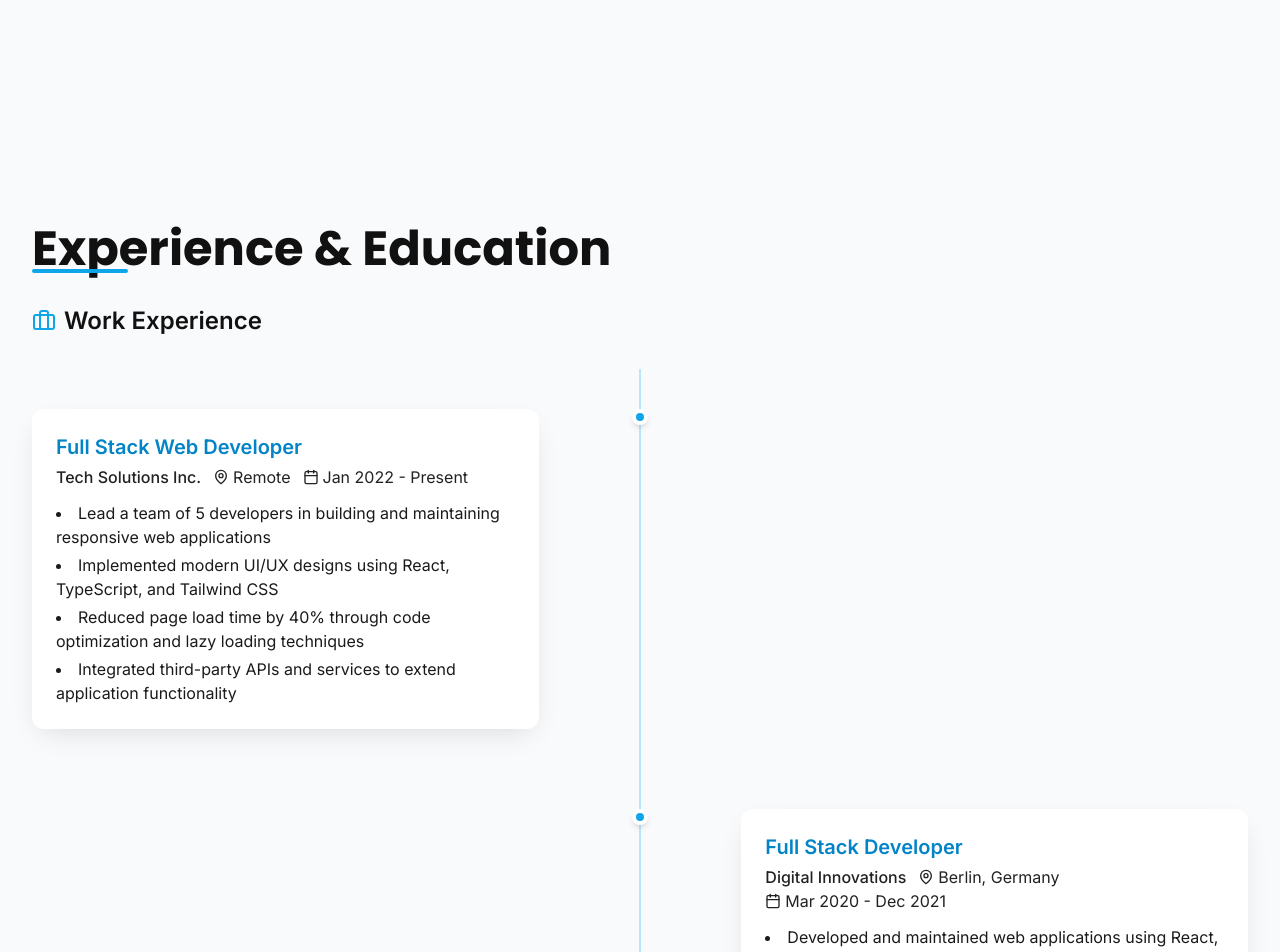
Repository: Abdelilah-Lakrim/Personal_Portfolio
Page: /
An editor plug-in stored every save of this project. The page is shown before and after a run of saves, followed by the edit.
The browser window is 1280 px wide. The pictures show the part of the page from y = 3843 to 4795 px (the page is 7905 px tall).
The project was rebuilt for these pictures with package versions that can differ from the ones it lists, and the page was loaded fresh each time. Also part of the build but not shown: vite.config.ts.

Above is the page before, as saved 2025-05-21 12:40:36.

After the next 2 saves:
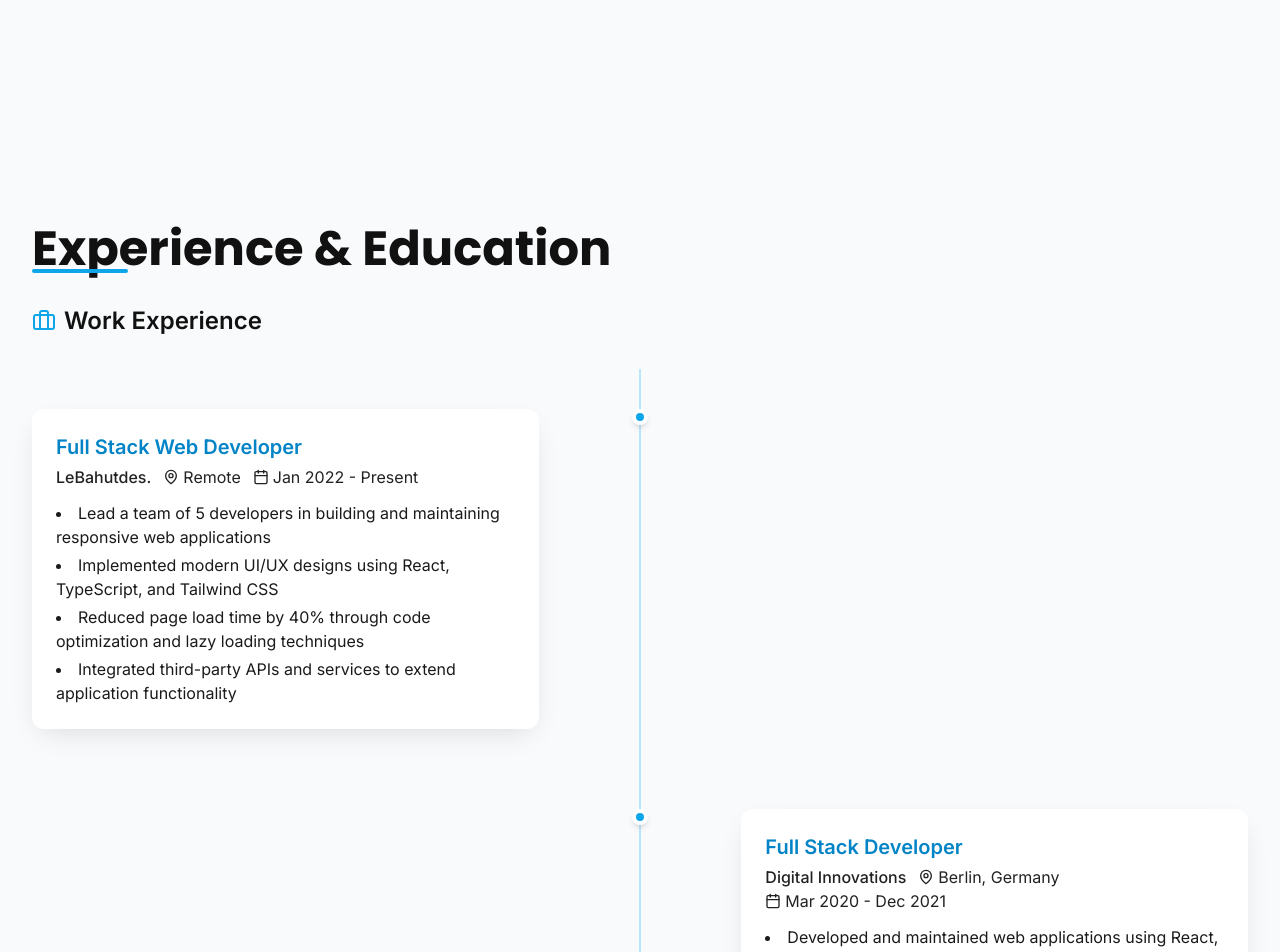
The 2 saves are shown as one change because they came seconds apart.
The last was saved 7 s later.
--- a/src/components/Experience.tsx
+++ b/src/components/Experience.tsx
@@ -16,7 +16,7 @@ const Experience: React.FC = () => {
     {
       id: 1,
       position: 'Full Stack Web Developer',
-      company: 'Tech Solutions Inc.',
+      company: 'LeBahutdes.',
       location: 'Remote',
       duration: 'Jan 2022 - Present',
       description: [
